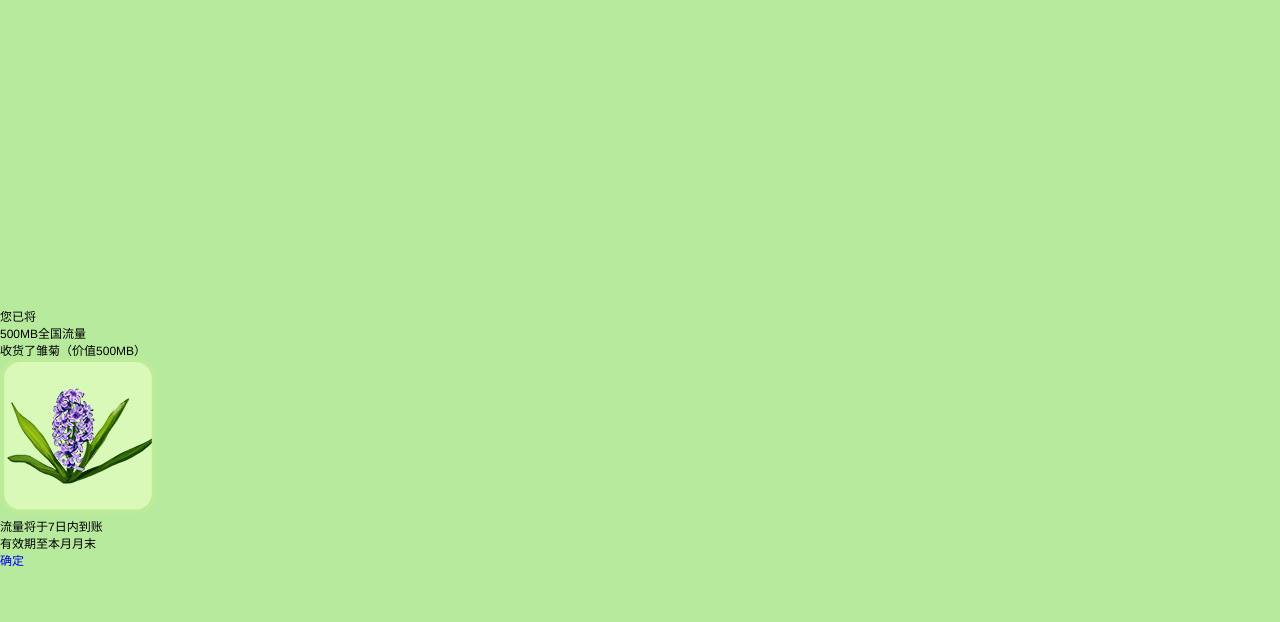
Repository: wangbiaozy/zh
Page: index.html
The author's editor kept a copy of each file at every save. The page is drawn from the files as they stood at one save, then again after the next save.
The browser window is 1280 px wide. The pictures show the whole page.

Above is the page before, as saved 2019-03-18 19:39:56.
Console error: TypeError: Cannot read properties of undefined (reading 'style')

After the next save:
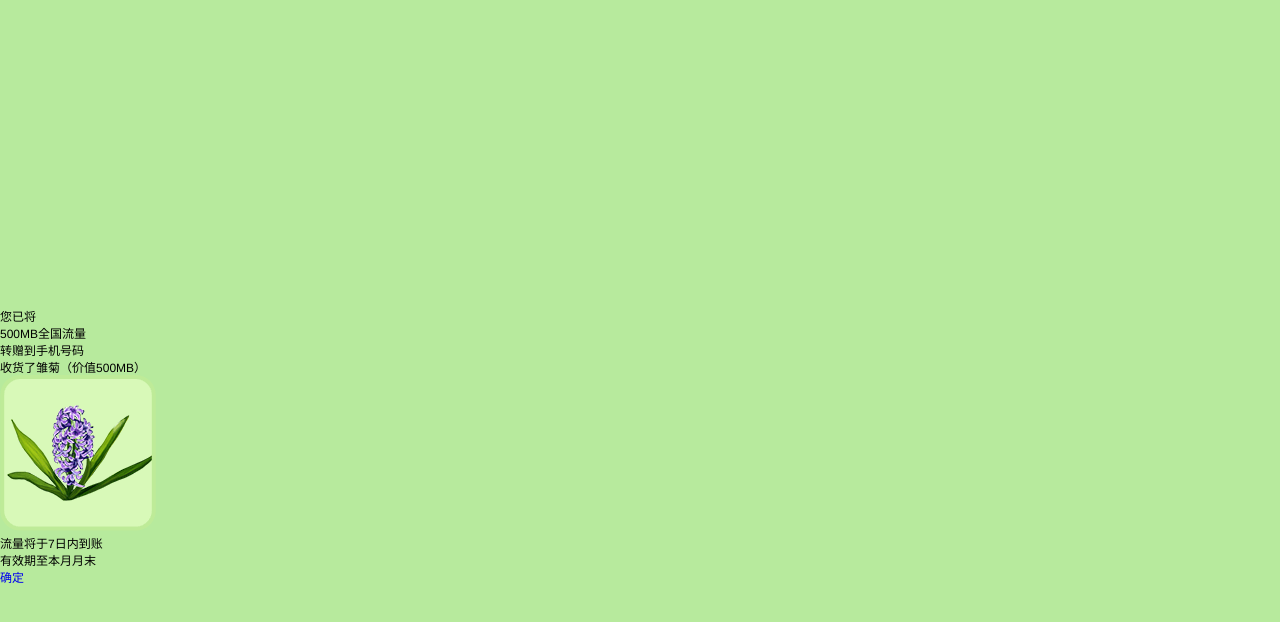
Saved 16 s later.
--- a/index.html
+++ b/index.html
@@ -344,6 +344,7 @@
         <div>
             <p>您已将</p>
             <p><span>500MB</span>全国流量</p>
+            <p>转赠到手机号码</p>
             <p>收货了<span>雏菊</span>（价值<span>500MB</span>）</p>
             <img src="./images/flower_tc_1.png" alt="">
             <p>流量将于7日内到账</p>
